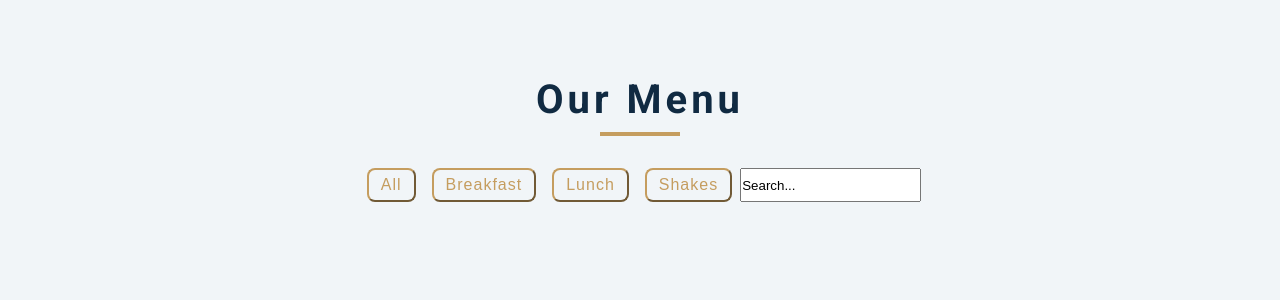
Repository: AnahitKhechumyan/MENUFILTER
Page: index.html
These files come from the project's save history. The page is drawn as it stood at one moment and after the next save; the edit follows.
The browser window is 1280 px wide. The pictures show the whole page.
Some web libraries are served in a nearby version.

Above is the page before, as saved 2022-02-17 20:03:48.
Console error: ReferenceError: diplayMenuItems is not defined

After the next save:
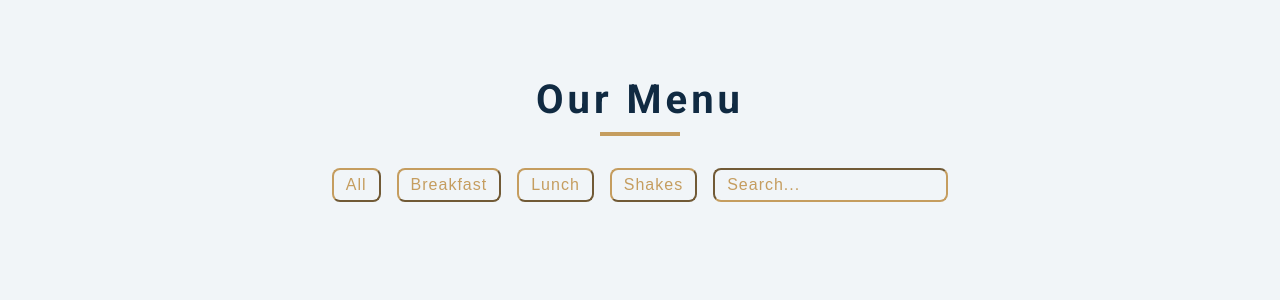
Saved 2 min 31 s later.
--- a/styles.css
+++ b/styles.css
@@ -208,6 +208,19 @@ Menu
   background: var(--clr-gold);
   color: var(--clr-white);
 }
+input{
+  background: transparent;
+  border-color: var(--clr-gold);
+  font-size: 1rem;
+  text-transform: capitalize;
+  margin: 0 0.5rem;
+  letter-spacing: 1px;
+  border-radius: var(--radius);
+  padding: 0.375rem 0.75rem;
+  color: var(--clr-gold);
+  cursor: pointer;
+  transition: var(--transition);
+}
 .section-center {
   width: 90vw;
   margin: 0 auto;
